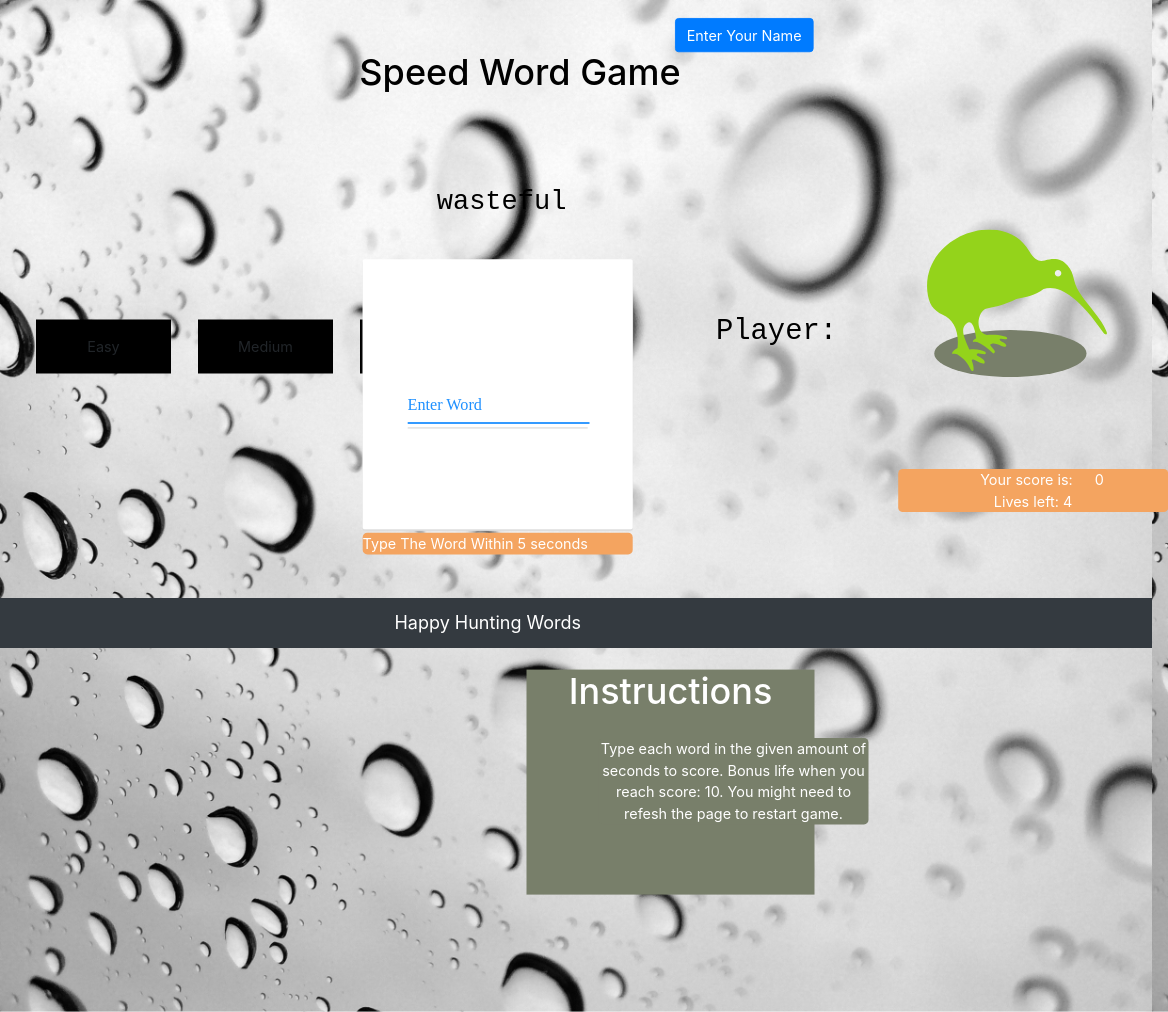
Repository: konstantin0s/word-game-project
Page: modal.html
These files come from the project's save history. The page is drawn as it stood at one moment and after the next save; the edit follows.
The browser window is 1280 px wide. The page is 1298 px wide, so the pictures cover 1298 px, including what lies to the right of the window. The pictures show the whole page, at 90% of full size.
Backgrounds fixed to the window are drawn as part of the page. Some web libraries are served in a nearby version.

Above is the page before, as saved 2019-02-13 16:13:59.
Console error: ReferenceError: cancelLevel1 is not defined

After the next save:
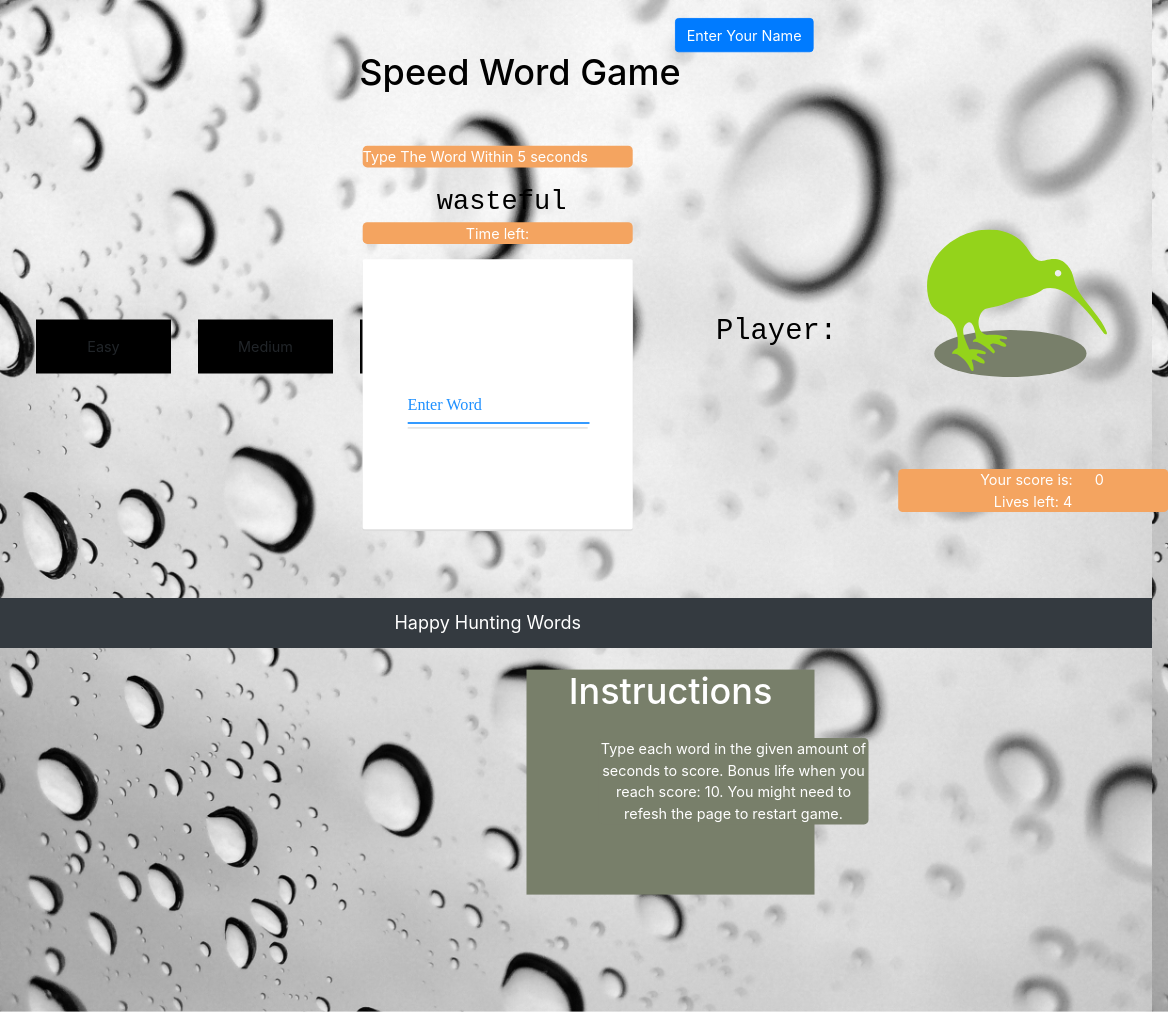
Saved 2 min 37 s later.
--- a/css/style.css
+++ b/css/style.css
@@ -10,6 +10,11 @@ body {
   flex-direction: column;
   justify-content: center;
 
+}
+
+.container p {
+   position: relative;
+   top: 20px;
 }
 .mt-5 {
   color: black;
